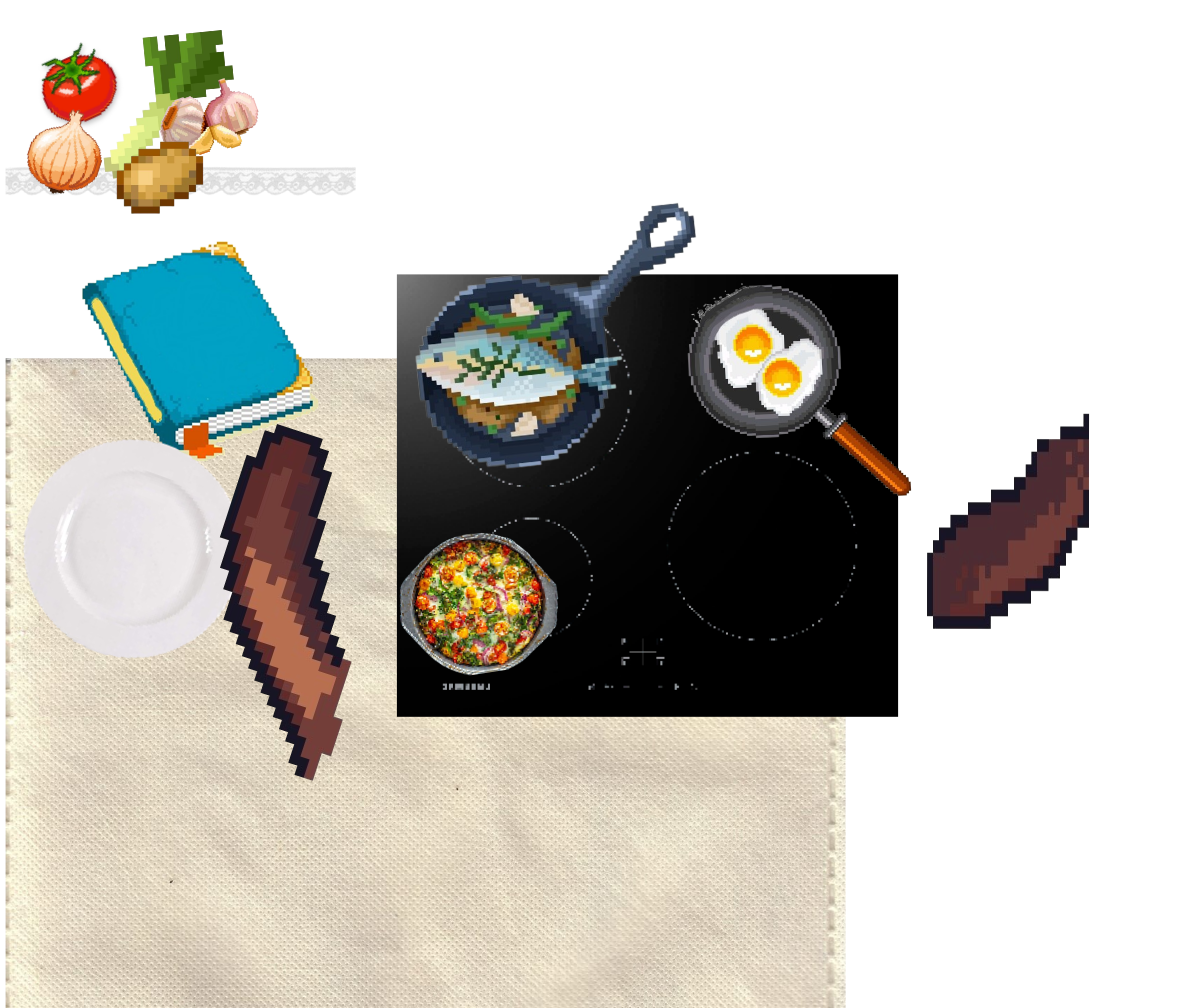
Repository: AJamdonuts/ToddyTalks
Page: playingaround2/pages/chefsujin.html
The author's editor kept a copy of each file at every save. The page is drawn from the files as they stood at one save, then again after the next save.
The browser window is 1280 px wide. The page is 1688 px wide, so the pictures cover 1688 px, including what lies to the right of the window. The pictures show the part of the page from y = 0 to 1440 px (the page is 4592 px tall before and 3922 px after), at 70% of full size.

Above is the page before, as saved 2025-11-26 17:17:01.

### playingaround2/pages/chefsujin.html
<!DOCTYPE html>
<html>
<head>
    <meta charset="UTF-8">
    <meta name="viewport" content="width=device-width, initial-scale=1">
    <link href="/playingaround2/styles/chefsujin.css" rel="stylesheet">
    <title>Chef Sujin</title>
    <link rel="icon" type="image/x-icon" href="/playingaround2/images/favicon.ico">
</head>
<body>
    <img src="/playingaround2/images/09362b8ce39beb85f830c3373e6b392c-removebg-preview.png" alt="Chef Sujin Banner" class="chef-sujin-banner">
    <img src="/playingaround2/images/b41e50d46e26e9463ce130b2da7a46aa.jpg" class="creamtexture">
    <img src="/playingaround2/images/check table cloth.jpg" class="checktablecloth">
    <img src="/playingaround2/images/pxArt-2.png" class="hob">
    <img src="/playingaround2/images/pixil-frame-0-removebg-preview 1.png" class="recipebook">
    <img src="/playingaround2/images/fishpan.png" class="fishpan">
    <img src="/playingaround2/images/leek-removebg-preview.png" class="leek">
    <img src="/playingaround2/images/garlic-removebg-preview.png" class="garlic">\
    <img src="/playingaround2/images/d95fa1e62c663504736614e026fc4862-removebg-preview.png" class="potato">
    <img src="/playingaround2/images/kitchencounter.jpg" class="kitchencounter">
    <img src="/playingaround2/images/pixil-frame-0-removebg-preview.png" class="eggpan" >
    <img src="/playingaround2/images/pxArt-2-removebg-preview.png" class="vegpan">
    <img src="/playingaround2/images/pxArt-removebg-preview.png" class="plate">
    <img src="/playingaround2/images/tomato-removebg-preview.png" class="tomato">
    <img src="/playingaround2/images/onion-removebg-preview.png" class="onion">
    <img src="/playingaround2/images/IMG_0236_2-removebg-preview.png" class="beararm1" >
    <img src="/playingaround2/images/IMG_0236-removebg-preview.png" class="beararm2" >



            <footer>
                <div class="footer-content">
                    <p class="footer-text">© 2025 My Website | Designed by Me</p>
                    <a href="https://example.com">
                    <img src="/playingaround2/images/ -16.png" alt="Footer Logo" class="footer-img">
                    </a>
                </div>
            </footer>

        </div> <!-- .site-wrapper -->
    </div> <!-- .page-background -->



</body>
</html>

### playingaround2/styles/chefsujin.css


.tomato {
    position: absolute;
    width: 133.75px;
    height: 133.75px;
    left: 45.02px;
    top: 55.06px;
    filter: drop-shadow(0px 4px 4px rgba(0, 0, 0, 0.25));
    border-radius: 4px;
    transform: rotate(-24.58deg);
}

.potato {
    position: absolute;
    width: 165px;
    height: 165px;
    left: 146px;
    top: 161px;
}

.leek {
    position: absolute;
    width: 257.96px;
    height: 257.96px;
    left: 109.95px;
    top: 20px;
    transform: rotate(-5.62deg);

}

.garlic {
    position: absolute;
    width: 194.8px;
    height: 194.8px;
    left: 200.62px;
    top: 74.87px;
    transform: rotate(-19.27deg);

}

.onion {
    position: absolute;
    width: 126.18px;
    height: 144.28px;
    left: 32px;
    top: 145.3px;
    transform: rotate(17.63deg);
}


.recipebook {
    position: absolute;
    width: 392px;
    height: 392px;
    left: 90px;
    top: 302px;
}

.plate {
    position: absolute;
    width: 334.76px;
    height: 332.75px;
    left: 22px;
    top: 616px;
    transform: rotate(19.64deg);
}



.beararm1 {
position: absolute;
width: 448.49px;
height: 883.17px;
left: 159px;
top: 392px;
transform: matrix(0.95, 0.31, 0.31, -0.95, 0, 0);
}

.beararm2 {
    position: absolute;
    width: 527.75px;
    height: 527.75px;
    left: 1160px;
    top: 496.98px;
    transform: rotate(90.11deg);
}

.fishpan {
    position: absolute;
    width: 546.95px;
    height: 546.95px;
    left: 532px;
    top: 257px;
    transform: rotate(-6.22deg);
}

.eggpan {
    position: absolute;
    width: 396px;
    height: 396px;
    left: 942.44px;
    top: 362.44px;
    transform: rotate(177.33deg);
}

.vegpan {
    position: absolute;
    width: 207px;
    height: 310px;
    left: 580.54px;
    top: 703.1px;
    transform: rotate(81.24deg);
}

.hob {
    position: absolute;
    width: 716px;
    height: 632px;
    left: 567px;
    top: 392px;
}

After the next save:
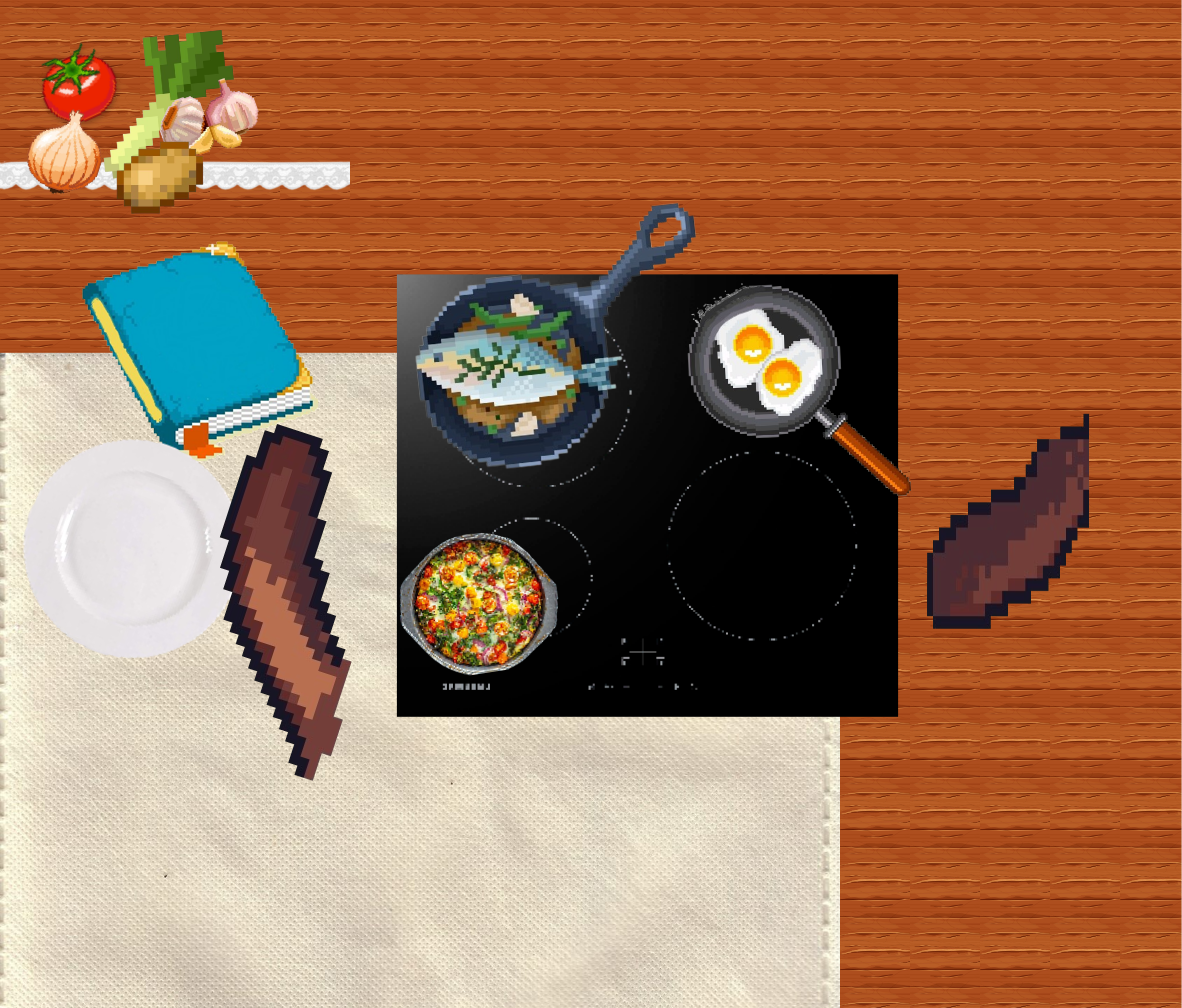
Saved 9 min 46 s later.
--- a/playingaround2/pages/chefsujin.html
+++ b/playingaround2/pages/chefsujin.html
@@ -26,21 +26,5 @@
     <img src="/playingaround2/images/IMG_0236_2-removebg-preview.png" class="beararm1" >
     <img src="/playingaround2/images/IMG_0236-removebg-preview.png" class="beararm2" >
 
-
-
-            <footer>
-                <div class="footer-content">
-                    <p class="footer-text">© 2025 My Website | Designed by Me</p>
-                    <a href="https://example.com">
-                    <img src="/playingaround2/images/ -16.png" alt="Footer Logo" class="footer-img">
-                    </a>
-                </div>
-            </footer>
-
-        </div> <!-- .site-wrapper -->
-    </div> <!-- .page-background -->
-
-
-
 </body>
 </html>
--- a/playingaround2/styles/chefsujin.css
+++ b/playingaround2/styles/chefsujin.css
@@ -120,3 +120,12 @@ transform: matrix(0.95, 0.31, 0.31, -0.95, 0, 0);
     left: 567px;
     top: 392px;
 }
+
+body {
+    margin: 0;
+
+    background-image: url("/playingaround2/images/kitchencounter.jpg");
+    background-size: 100px 100px;
+    background-position: top left;
+    background-repeat: repeat;
+}
